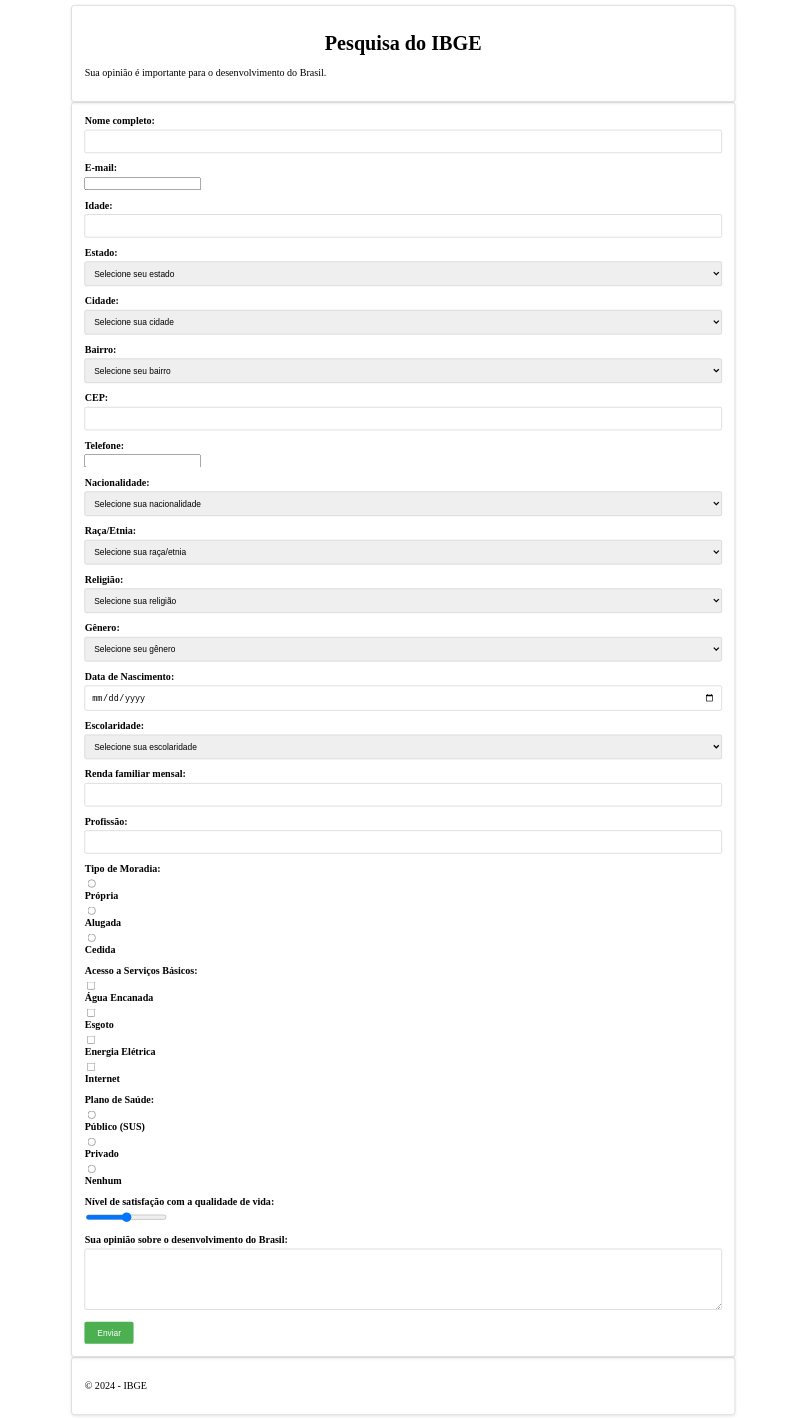
Repository: Gabrielb0rn/Projeto-Formul-rio.io
Page: index.html
The author's editor kept a copy of each file at every save. The page is drawn from the files as they stood at one save, then again after a run of saves.
The browser window is 1280 px wide. The pictures show the whole page, at 63% of full size.

Above is the page before, as saved 2024-06-27 11:59:29.
Not found: assets/script.js

### index.html
<!DOCTYPE html>
<html lang="pt-BR">
<head>
    <meta charset="UTF-8">
    <meta name="viewport" content="width=device-width, initial-scale=1.0">
    <title>Pesquisa do IBGE</title>
    <link rel="stylesheet" href="assets/style.css">
</head>
<body>
    <header>
        <div class="container">
            <h1>Pesquisa do IBGE</h1>
            <p>Sua opinião é importante para o desenvolvimento do Brasil.</p>
        </div>
    </header>
    <main>
        <div class="container">
            <form id="form">
                <div class="form-group">
                    <label for="nome">Nome completo:</label>
                    <input type="text" id="nome" name="nome" required>
                </div>
                <div class="form-group">
                    <label for="email">E-mail:</label>
                    <input type="email" id="email" name="email" required>
                </div>
                <div class="form-group">
                    <label for="idade">Idade:</label>
                    <input type="number" id="idade" name="idade" required>
                </div>
                <div class="form-group">
                    <label for="estado">Estado:</label>
                    <select id="estado" name="estado" required>
                        <option value="">Selecione seu estado</option>
                        <option value="AC">Acre</option>
                        <option value="AL">Alagoas</option>
                        <option value="AP">Amapá</option>
                        <option value="AM">Amazonas</option>
                        <option value="BA">Bahia</option>
                        <option value="CE">Ceará</option>
                        <option value="DF">Distrito Federal</option>
                        <option value="ES">Espírito Santo</option>
                        <option value="GO">Goiás</option>
                        <option value="MA">Maranhão</option>
                        <option value="MT">Mato Grosso</option>
                        <option value="MS">Mato Grosso do Sul</option>
                        <option value="MG">Minas Gerais</option>
                        <option value="PA">Pará</option>
                        <option value="PB">Paraíba</option>
                        <option value="PR">Paraná</option>
                        <option value="PE">Pernambuco</option>
                        <option value="PI">Piauí</option>
                        <option value="RJ">Rio de Janeiro</option>
                        <option value="RN">Rio Grande do Norte</option>
                        <option value="RS">Rio Grande do Sul</option>
                        <option value="RO">Rondônia</option>
                        <option value="RR">Roraima</option>
                        <option value="SC">Santa Catarina</option>
                        <option value="SP">São Paulo</option>
                        <option value="SE">Sergipe</option>
                        <option value="TO">Tocantins</option>
                        <option value="DF">Distrito Federal</option>
                    </select>
                </div>
                <div class="form-group">
                    <label for="cidade">Cidade:</label>
                    <select name="cidade" id="cidade" required>
                        <option value="">Selecione sua cidade</option>

                    </select>
                </div>
                <div class="form-group">
                    <label for="bairro">Bairro:</label>
                    <select name="bairro" id="bairro" required>
                        <option value="">Selecione seu bairro</option>
                    </select>
                </div>
                <div class="form-group">
                    <label for="cep">CEP:</label>
                    <input type="text" id="cep" name="cep" required>
                </div>
                <div class="form-group">
                    <label for="telefone">Telefone:</label>
                    <input type="tel" id="telefone" name="telefone" required>
                </div>
                <div class="form-group">
                    <label for="nacionalidade">Nacionalidade:</label>
                    <select id="nacionalidade" name="nacionalidade" required>
                        <option value="">Selecione sua nacionalidade</option>
                        <option value="Brasileiro">Brasileiro</option>
                        <option value="Estrangeiro">Estrangeiro</option>
                    </select>
                </div>
                <div class="form-group">
                    <label for="raca">Raça/Etnia:</label>
                    <select id="raca" name="raca" required>
                        <option value="">Selecione sua raça/etnia</option>
                        <option value="Branca">Branca</option>
                        <option value="Preta">Preta</option>
                        <option value="Parda">Parda</option>
                        <option value="Amarela">Amarela</option>
                        <option value="Indígena">Indígena</option>
                    </select>
                </div>
                <div class="form-group">
                    <label for="religiao">Religião:</label>
                    <select id="religiao" name="religiao" required>
                        <option value="">Selecione sua religião</option>
                        <option value="Católica">Católica</option>
                        <option value="Evangélica">Evangélica</option>
                        <option value="Outras">Outras</option>
"></select>
                </div>
                <div class="form-group">
                    <label for="genero">Gênero:</label>
                    <select id="genero" name="genero" required>
                        <option value="">Selecione seu gênero</option>
                        <option value="Masculino">Masculino</option>
                        <option value="Feminino">Feminino</option>
                        <option value="Outro">Outro</option>
                        <option value="Prefiro não dizer">Prefiro não dizer</option>
                    </select>
                </div>
                <div class="form-group">
                    <label for="data_nascimento">Data de Nascimento:</label>
                    <input type="date" id="data_nascimento" name="data_nascimento" required>
                </div>
                <div class="form-group">
                    <label for="escolaridade">Escolaridade:</label>
                    <select id="escolaridade" name="escolaridade" required>
                        <option value="">Selecione sua escolaridade</option>
                        <option value="Fundamental Incompleto">Fundamental Incompleto</option>
                        <option value="Fundamental Completo">Fundamental Completo</option>
                        <option value="Médio Incompleto">Médio Incompleto</option>
                        <option value="Médio Completo">Médio Completo</option>
                        <option value="Superior Incompleto">Superior Incompleto</option>
                        <option value="Superior Completo">Superior Completo</option>
                        <option value="Pós-Graduação">Pós-Graduação</option>
                    </select>
                </div>
                <div class="form-group">
                    <label for="renda">Renda familiar mensal:</label>
                    <input type="number" id="renda" name="renda" required>
                </div>
                <div class="form-group">
                    <label for="profissao">Profissão:</label>
                    <input type="text" id="profissao" name="profissao">
                </div>
                <div class="form-group">
                    <label>Tipo de Moradia:</label>
                    <div>
                        <input type="radio" id="propria" name="moradia" value="propria">
                        <label for="propria">Própria</label>
                    </div>
                    <div>
                        <input type="radio" id="alugada" name="moradia" value="alugada">
                        <label for="alugada">Alugada</label>
                    </div>
                    <div>
                        <input type="radio" id="cedida" name="moradia" value="cedida">
                        <label for="cedida">Cedida</label>
                    </div>
                </div>
                <div class="form-group">
                    <label>Acesso a Serviços Básicos:</label>
                    <div>
                        <input type="checkbox" id="agua" name="servicos" value="agua">
                        <label for="agua">Água Encanada</label>
                    </div>
                    <div>
                        <input type="checkbox" id="esgoto" name="servicos" value="esgoto">
                        <label for="esgoto">Esgoto</label>
                    </div>
                    <div>
                        <input type="checkbox" id="energia" name="servicos" value="energia">
                        <label for="energia">Energia Elétrica</label>
                    </div>
                    <div>
                        <input type="checkbox" id="internet" name="servicos" value="internet">
                        <label for="internet">Internet</label>
                    </div>
                </div>
                <div class="form-group">
                    <label>Plano de Saúde:</label>
                    <div>
                        <input type="radio" id="publico" name="saude" value="publico">
                        <label for="publico">Público (SUS)</label>
                    </div>
                    <div>
                        <input type="radio" id="privado" name="saude" value="privado">
                        <label for="privado">Privado</label>
                    </div>
                    <div>
                        <input type="radio" id="nenhum" name="saude" value="nenhum">
                        <label for="nenhum">Nenhum</label>
                    </div>
                </div>
                <div class="form-group">
                    <label for="satisfacao">Nível de satisfação com a qualidade de vida:</label>
                    <input type="range" id="satisfacao" name="satisfacao" min="1" max="5" required>
                </div>

                <div class="form-group">
                    <label for="opiniao">Sua opinião sobre o desenvolvimento do Brasil:</label>
                    <textarea id="opiniao" name="opiniao" rows="5" required></textarea>
                </div>
                <button type="submit">Enviar</button>
            </form>
        </div>
    </main>
    <footer>
        <div class="container">
            <p>&copy; 2024 - IBGE</p>
        </div>
    </footer>
    <script src="assets/script.js"></script>
</body>
</html>

### assets/style.css
.container {
    width: 80%;
    margin: 0 auto;
    padding: 20px;
    border: 1px solid #ccc;
    border-radius: 5px;
    box-shadow: 0 2px 5px rgba(0, 0, 0, 0.1);
}

h1 {
    text-align: center;
    margin-bottom: 20px;
}

.form-group {
    margin-bottom: 15px;
}

label {
    display: block;
    margin-bottom: 5px;
    font-weight: bold;
}

input[type="text"],
input[type="date"],
input[type="number"],
select,
textarea {
    width: 100%;
    padding: 10px;
    border: 1px solid #ccc;
    border-radius: 3px;
    box-sizing: border-box;
}

input[type="radio"],
input[type="checkbox"] {
    margin-right: 5px;
}

button[type="submit"] {
    background-color: #4CAF50;
    color: white;
    padding: 10px 20px;
    border: none;
    border-radius: 3px;
    cursor: pointer;
}

After the next 2 saves:
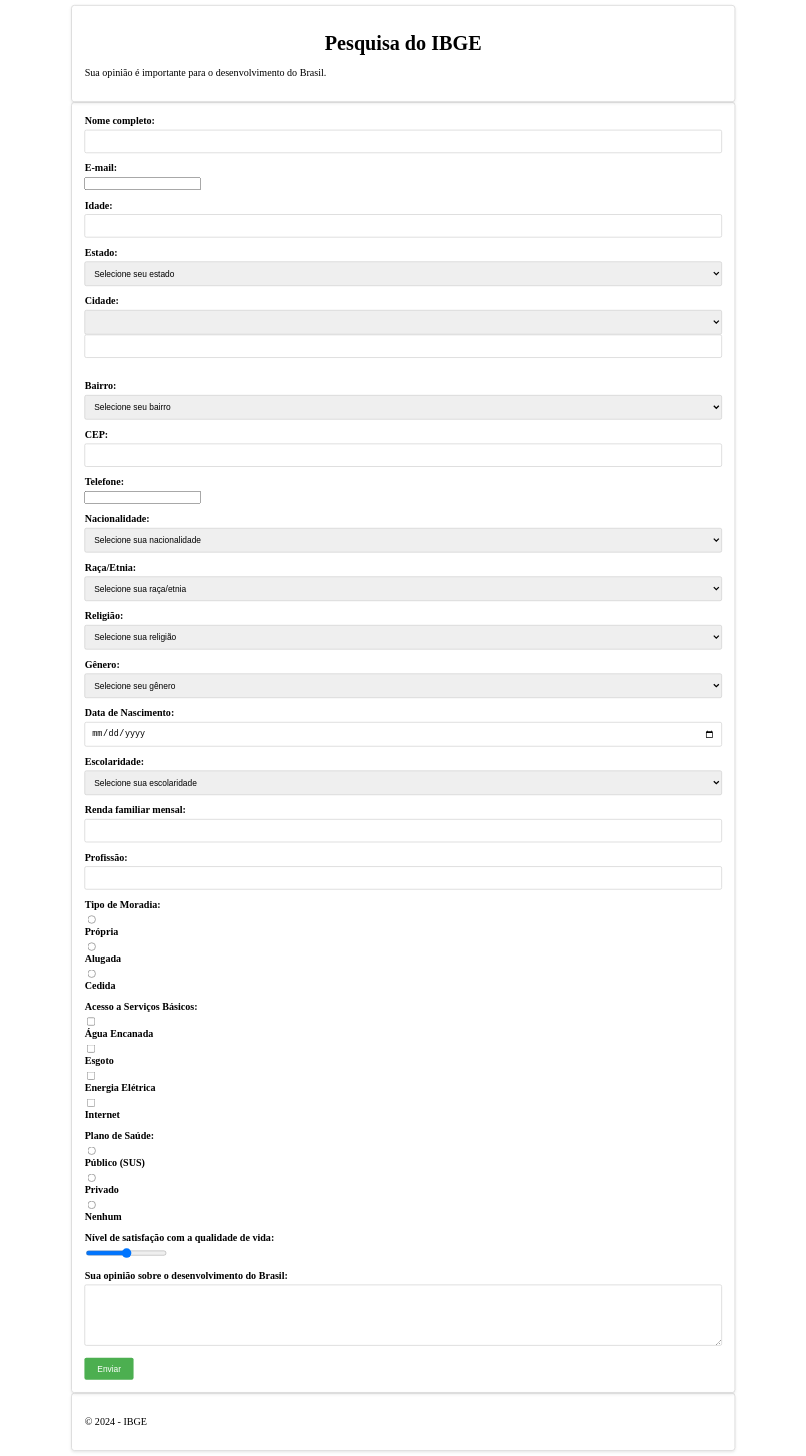
The 2 saves are shown as one change because they came seconds apart.
The last was saved 22 s later.
--- a/index.html
+++ b/index.html
@@ -65,7 +65,8 @@
                 <div class="form-group">
                     <label for="cidade">Cidade:</label>
                     <select name="cidade" id="cidade" required>
-                        <option value="">Selecione sua cidade</option>
+                        <input type="text" id="cidade" name="cidade" required>
+                        <option value="">
 
                     </select>
                 </div>
